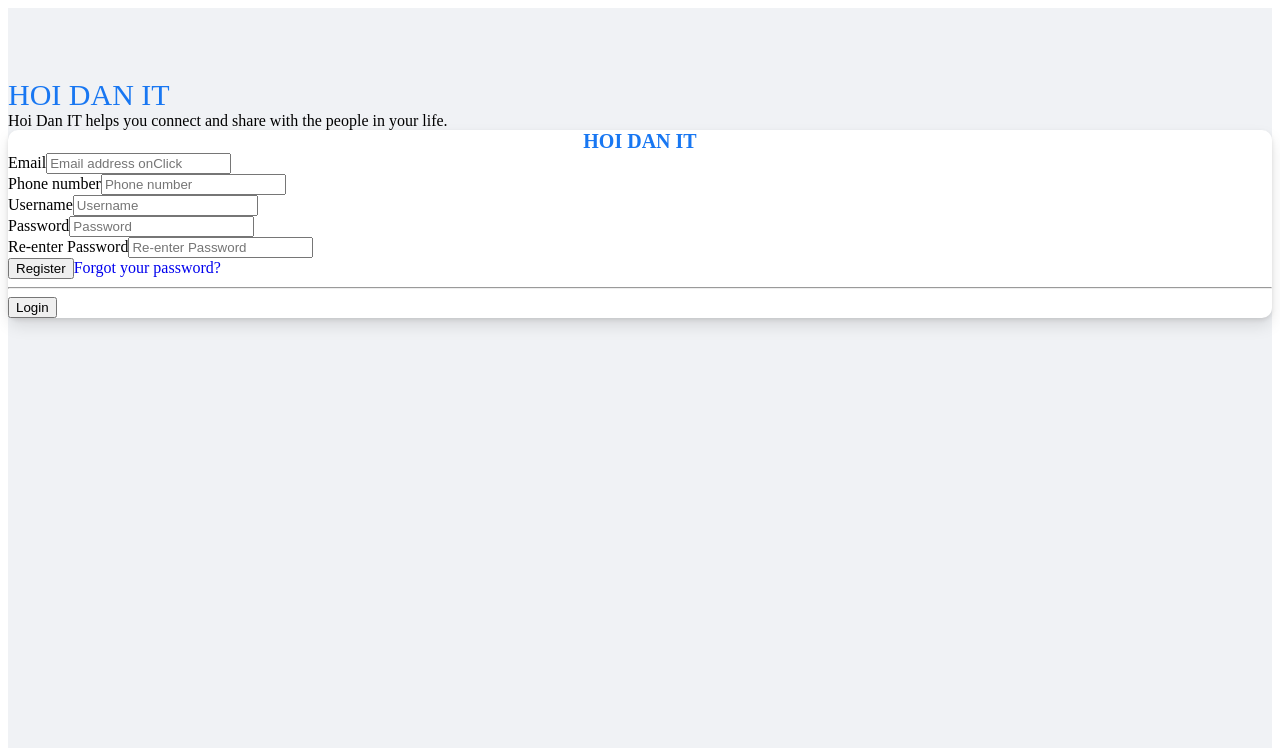
Repository: minhtien9/jwt_Reactjs_Frontend
Page: /register
An editor plug-in stored every save of this project. The page is shown before and after the next save, followed by the edit.
The browser window is 1280 px wide. The pictures show the whole page.
The project was rebuilt for these pictures with package versions that can differ from the ones it lists, and the page was loaded fresh each time. Also part of the build but not shown: src/App.scss, src/components/Navigation/Nav.scss, src/components/Navigation/Nav.js, src/components/Login/Login.scss, src/components/Login/Login.js.

Above is the page before, as saved 2022-05-23 11:31:42.

### src/index.js
import React from 'react'
import ReactDOM from 'react-dom'
import App from './App'
import reportWebVitals from './reportWebVitals'

ReactDOM.render(
    <React.StrictMode>
        <App />
    </React.StrictMode>,
    document.getElementById('root')
)

// If you want to start measuring performance in your app, pass a function
// to log results (for example: reportWebVitals(console.log))
// or send to an analytics endpoint. Learn more: https://bit.ly/CRA-vitals
reportWebVitals()

### src/App.js
import './App.scss'
import Nav from './components/Navigation/Nav'
import { BrowserRouter as Router, Switch, Route, Link } from 'react-router-dom'
import Login from './components/Login/Login'
import Register from './components/Register/Register'

function App() {
    return (
        <Router>
            <div className='app-container'>
                {/* <Nav /> */}
                <Switch>
                    <Route path='/news'>new</Route>
                    <Route path='/about'>about</Route>
                    <Route path='/contact'>contact</Route>
                    <Route path='/login' exact>
                        <Login />
                    </Route>
                    <Route path='/register' exact>
                        <Register />
                    </Route>
                    <Route path='/' exact>
                        home
                    </Route>
                    <Route path='*'>404 Not Found</Route>
                </Switch>
            </div>
        </Router>
    )
}

export default App

### src/components/Register/Register.js
import React from 'react'
import './Register.scss'
import { useHistory } from 'react-router-dom'

const Register = (props) => {
    let history = useHistory()
    const handleRegister = () => {
        history.push('./login')
    }
    return (
        <div className='register-container '>
            <div className='container'>
                <div className='row px-3 px-sm-0'>
                    <div className='content-left col-12 d-none col-sm-7 d-sm-block'>
                        <div className='brand'>Hoi Dan IT</div>
                        <div className='detail'>
                            Hoi Dan IT helps you connect and share with the
                            people in your life.
                        </div>
                    </div>
                    <div className='content-right col-sm-5 col-12 d-flex flex-column gap-3 py-3'>
                        <div className='brand d-sm-none'>Hoi Dan IT</div>
                        <div className='form-group'>
                            <label htmlFor=''>Email</label>
                            <input
                                type='text'
                                className='form-control'
                                placeholder='Email address onClick'
                            />
                        </div>
                        <div className='form-group'>
                            <label htmlFor=''>Phone number</label>
                            <input
                                type='text'
                                className='form-control'
                                placeholder='Phone number'
                            />
                        </div>
                        <div className='form-group'>
                            <label htmlFor=''>Username</label>
                            <input
                                type='text'
                                className='form-control'
                                placeholder='Username'
                            />
                        </div>
                        <div className='form-group'>
                            <label htmlFor=''>Password</label>
                            <input
                                type='password'
                                className='form-control'
                                placeholder='Password'
                            />
                        </div>
                        <div className='form-group'>
                            <label htmlFor=''>Re-enter Password</label>
                            <input
                                type='password'
                                className='form-control'
                                placeholder='Re-enter Password'
                            />
                        </div>
                        <button className='btn btn-primary'>Register</button>
                        <span className='text-center'>
                            <a className='forgot-password' href='#'>
                                Forgot your password?
                            </a>
                        </span>
                        <hr />
                        <div className='text-center'>
                            <button
                                className='btn btn-success'
                                onClick={() => handleRegister()}
                            >
                                Login
                            </button>
                        </div>
                    </div>
                </div>
            </div>
        </div>
    )
}

export default Register

### src/components/Register/Register.scss
.register-container {
    background-color: #f0f2f5;
    min-height: 100vh;
    padding-top: 20px;

    .content-left {
        margin-top: 50px;

        .brand {
            text-transform: uppercase;
            font-size: 30px;
            color: #1877f2;
        }

        .details {
            font-size: 20px;
        }
    }

    .content-right {
        border-radius: 10px;
        background-color: #fff;
        box-shadow: 0 2px 4px rgb(0 0 0 /10%), 0 8px 16px rgb(0 0 0 /10%);
        box-sizing: border-box;

        .brand {
            text-transform: uppercase;
            font-size: 20px;
            color: #1877f2;
            text-align: center;
            font-weight: 600;
        }

        .forgot-password {
            text-decoration: none;
            &:hover {
                text-decoration: underline;
            }
        }
    }
}

Loaded but not shown: public/index.html (common file); src/reportWebVitals.js (common file)

After the next save:
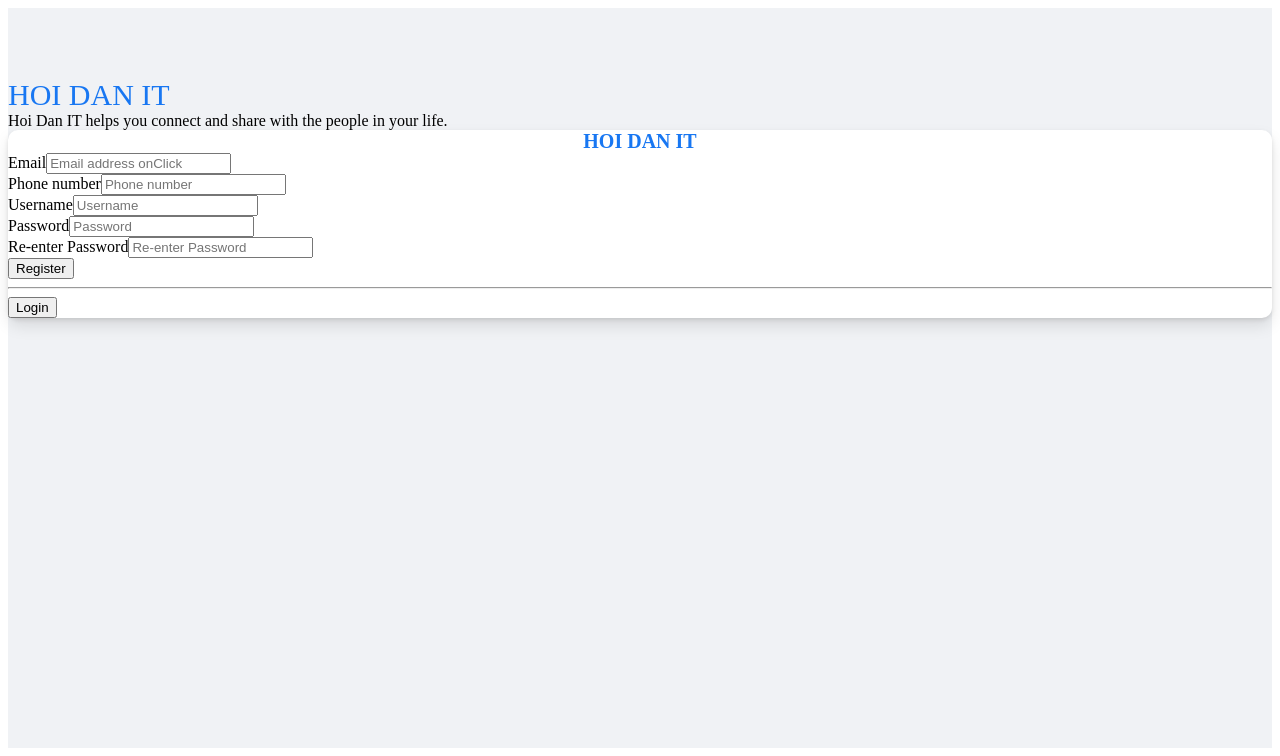
Saved 32 s later.
--- a/src/components/Register/Register.js
+++ b/src/components/Register/Register.js
@@ -61,11 +61,11 @@ const Register = (props) => {
                             />
                         </div>
                         <button className='btn btn-primary'>Register</button>
-                        <span className='text-center'>
+                        {/* <span className='text-center'>
                             <a className='forgot-password' href='#'>
                                 Forgot your password?
                             </a>
-                        </span>
+                        </span> */}
                         <hr />
                         <div className='text-center'>
                             <button
